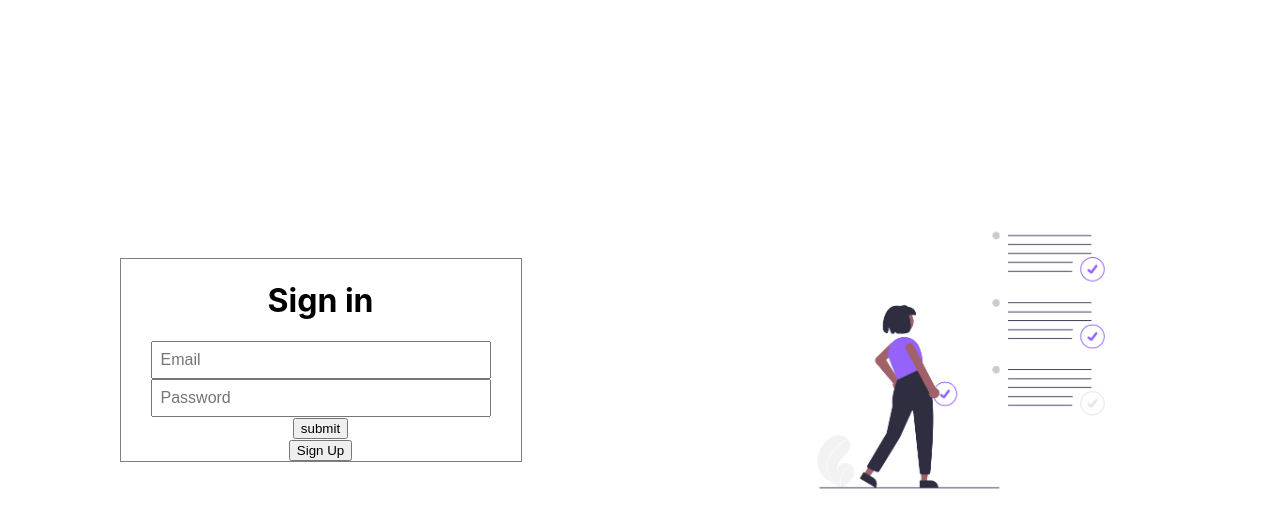
Repository: EEOOOO/wanted-pre-onboarding-fe
Page: / (app in to-do-list-app/)
The author's editor kept a copy of each file at every save. The page is drawn from the files as they stood at one save, then again after the next save.
The browser window is 1280 px wide. The pictures show the whole page.
The project was rebuilt for these pictures with package versions that can differ from the ones it lists, and the page was loaded fresh each time. Also part of the build but not shown: to-do-list-app/src/components/sign_in/sign_in.module.css, to-do-list-app/src/components/sign_up/sign_up.module.css, to-do-list-app/src/components/sign_up/sign_up.jsx, to-do-list-app/src/components/todoList/todo_list.jsx.

Above is the page before, as saved 2022-08-22 00:06:00.

### to-do-list-app/public/index.html
<!DOCTYPE html>
<html lang="en">
  <head>
    <meta charset="utf-8" />
    <link rel="icon" href="%PUBLIC_URL%/logo.png" />
    <meta name="viewport" content="width=device-width, initial-scale=1" />
    <meta name="theme-color" content="#000000" />
    <meta
      name="description"
      content="Web site created using create-react-app"
    />
    <link rel="apple-touch-icon" href="%PUBLIC_URL%/logo.png" />
    <link rel="manifest" href="%PUBLIC_URL%/manifest.json" />
    <title>Todo List App</title>
  </head>
  <body>
    <div id="root"></div>
  </body>
</html>

### to-do-list-app/src/App.js
import style from './app.module.css';
import { Routes, Route } from 'react-router-dom'
import Login from './components/login/login';
import TodoList from './components/todoList/todo_list';

function App() {
  return <div className={style.App}>
    <Routes>
      <Route path="/" element={<Login/>}></Route>
      <Route path="todo" element={<TodoList/>}></Route>
    </Routes>
  </div>
}

export default App;

### to-do-list-app/src/components/login/login.jsx
import React, { useState } from 'react';
import SignIn from '../sign_in/sign_in';
import SignUp from '../sign_up/sign_up';
import style from '../login/login.module.css';
import loginImage from '../login/login_img.png';

const Login = (props) => {
    const goTosignUp = () => {
        setViewableScreen(<SignUp/>)
    }
    const signIn = <SignIn goToSignUp={goTosignUp}/>
    let [viewableScreen, setViewableScreen] = useState(signIn);
    return (
        <div className={style.login}>
            <div className={style.inputContainer}>{viewableScreen}</div>
            <img src={loginImage} className={style.coverImage}/>
        </div>
    )
}

export default Login;

### to-do-list-app/src/components/sign_in/sign_in.jsx
import React from 'react';
import LoginInputForm from '../login_input_form/login_input_form';
import style from '../sign_in/sign_in.module.css'

const SignIn = ({goToSignUp}) => {
    const handleSignInSubmit = (event) => {
        //event.preventDefault();
        console.log(event);
    }
    return(
        <div className={style.signIn}>
            <h1>Sign in</h1>
            <LoginInputForm handleSubmit={handleSignInSubmit}/>
            <button className={style.signUp} onClick={goToSignUp}>Sign Up</button>
        </div>
    )
}

export default SignIn;

### to-do-list-app/src/components/login/login.module.css
.login {
  display: flex;
  height: 100vh;
  justify-content: space-around;
  align-items: center;
}
.inputContainer {
  width: 50%;
  border: 1px solid gray;
  min-width: 235px;
  max-width: 400px;
}
.coverImage {
  width: 50%;
  min-width: 235px;
  max-width: 400px;
}

### to-do-list-app/src/components/login_input_form/login_input_form.jsx
import React from 'react';
import style from '../login_input_form/login_input_form.module.css';
const LoginInputForm = ({handleSubmit}) => {
    return (
    <form className={style.inputForm} onSubmit={handleSubmit}>
        <div className={style.email}>
            <input
            type="text"
            className={style.inputEmail}
            placeholder='Email'></input>
        </div>
        <div className={style.password}>
            <input
            type="text"
            className={style.inputPassWord}
            placeholder='Password'></input>
        </div>
        <button type="submit" className={style.submitButton}>submit</button>
    </form>
    );
};

export default LoginInputForm;

### to-do-list-app/src/components/login_input_form/login_input_form.module.css
.email,
.password {
  display: flex;
  flex-direction: column;
  align-items: center;
}
input {
  width: 80%;
  font-size: 1rem;
  padding: 0.5rem;
}

Loaded but not shown: to-do-list-app/src/index.js (common file); to-do-list-app/src/index.css (common file); to-do-list-app/src/reportWebVitals.js (common file); to-do-list-app/src/app.module.css (common file); to-do-list-app/src/components/sign_in/sign_in.module.css (no copy from this time; the picture is the same without it)

After the next save:
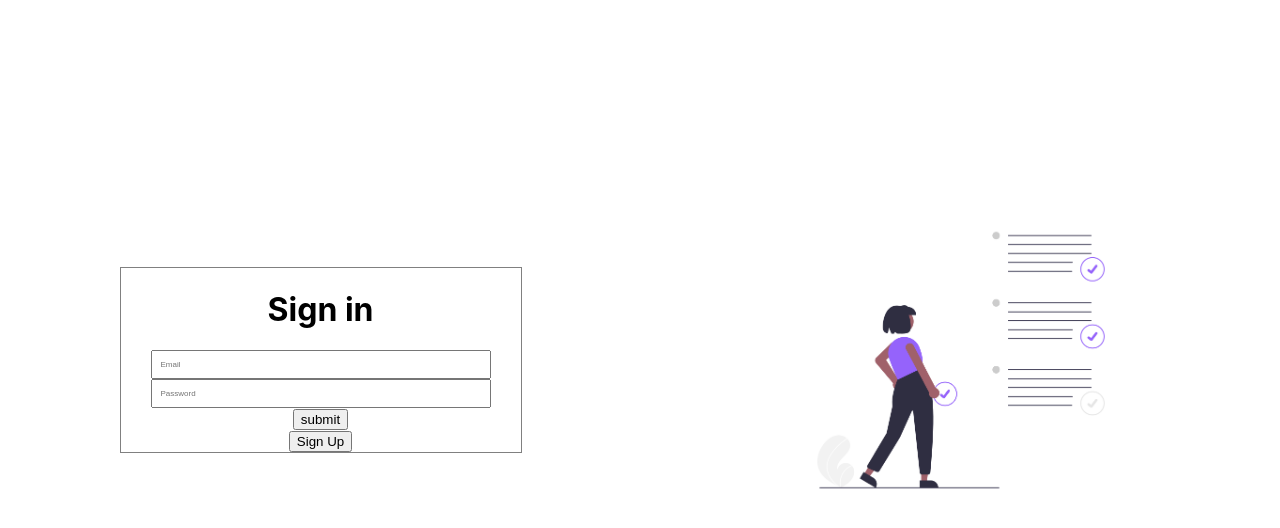
Saved 12 s later.
--- a/to-do-list-app/src/components/login_input_form/login_input_form.module.css
+++ b/to-do-list-app/src/components/login_input_form/login_input_form.module.css
@@ -6,6 +6,6 @@
 }
 input {
   width: 80%;
-  font-size: 1rem;
+  font-size: 0.5rem;
   padding: 0.5rem;
 }
